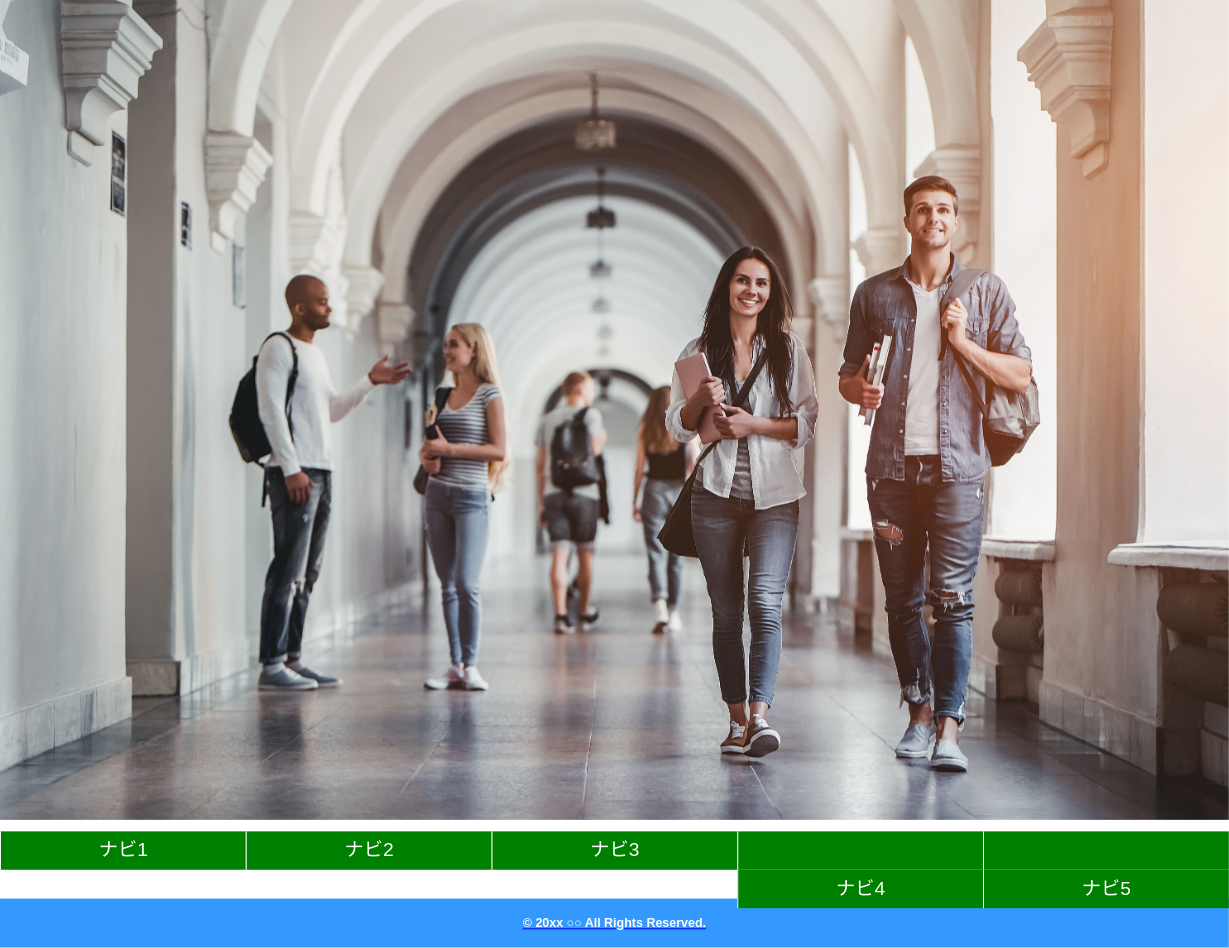
Repository: takahiro5555/samurai_HTML-CSS
Page: home.html
The author's editor kept a record of every edit. The page is drawn from the files as they stood at one moment, then again after the next edit.
The browser window is 1280 px wide. The pictures show the whole page, at 96% of full size.

Above is the page before.

### home.html
<!DOCTYPE html>
<html lang="ja">
<head>
    <meta charset="UTF-8">
    <title>HTML/CSSの学習</title>
    <link rel="stylesheet" href="stylesheet.css">
</head>
<body>
    <div id="header">
        <h1><a href="index.html"><img id="corridor" src="images/corridor.jpg" alt="大学の廊下"/></a></h1>
    </div>
    <div id="wrapper">
        <div id="nav">
            <ul>
                <li><a href="home.html">ナビ1</a></li>
                <li><a href="#">ナビ2</a></li>
                <li><a href="#">ナビ3</li>
                <li><a href="#">ナビ4</li>
                <li><a href="#">ナビ5</li>
            </ul>
        </div>
    </div>
    <div id="footer">
        <p>&copy; 20xx ○○ All Rights Reserved.</p>
    </div>
</body>
</html>

### stylesheet.css
@charset "utf-8";

body {
	margin: 0;
	padding: 0;
	font-family: "ヒラギノ角ゴ Pro W3", "Hiragino Kaku Gothic Pro", "メイリオ", Meiryo, Osaka, "ＭＳ Ｐゴシック", "MS PGothic", sans-serif;
	color: #333;
	font-size: 13px;
	line-height: 150%;
}

/* -------------------- wrapper -------------------- */
#wrapper {
    width: 100%;
    margin: auto;
    padding: 0px;
    border: 0px;
    background-color: #FFF;
    top: 10px;
    position: relative;
}

/* -------------------- header -------------------- */
#header {
 	width: 100%;
 }
 #header h1 {
  	 margin: 0;
	 padding: 0;
 }

 #corridor {
	 width: 100%;
	 height: auto;
 }

 /* -------------------- footer -------------------- */
 #footer {
     clear: both;
     width: 100%;
     padding: 3px 0 3px 0;
     background: #39f;
     color: #fff;
     font-weight: bold;
     text-align: center;
 }

  /* -------------------- nav -------------------- */
  #nav {
      width: 100%;
  }
  #nav ul {
      margin: 0;
      padding: 0;
      list-style-type: none;
  }
  #nav ul li {
      float: left;
      width: 20%;
      text-align: center;
  }
  #nav ul li a {
      display: block;
      height: 20px;
      margin: 0;
      padding: 10px;
      color: #FFF;
      font-size: 20px;
      text-decoration: none;
      background-color: green;
      border-left: 1px solid white;
  }

After the next edit:
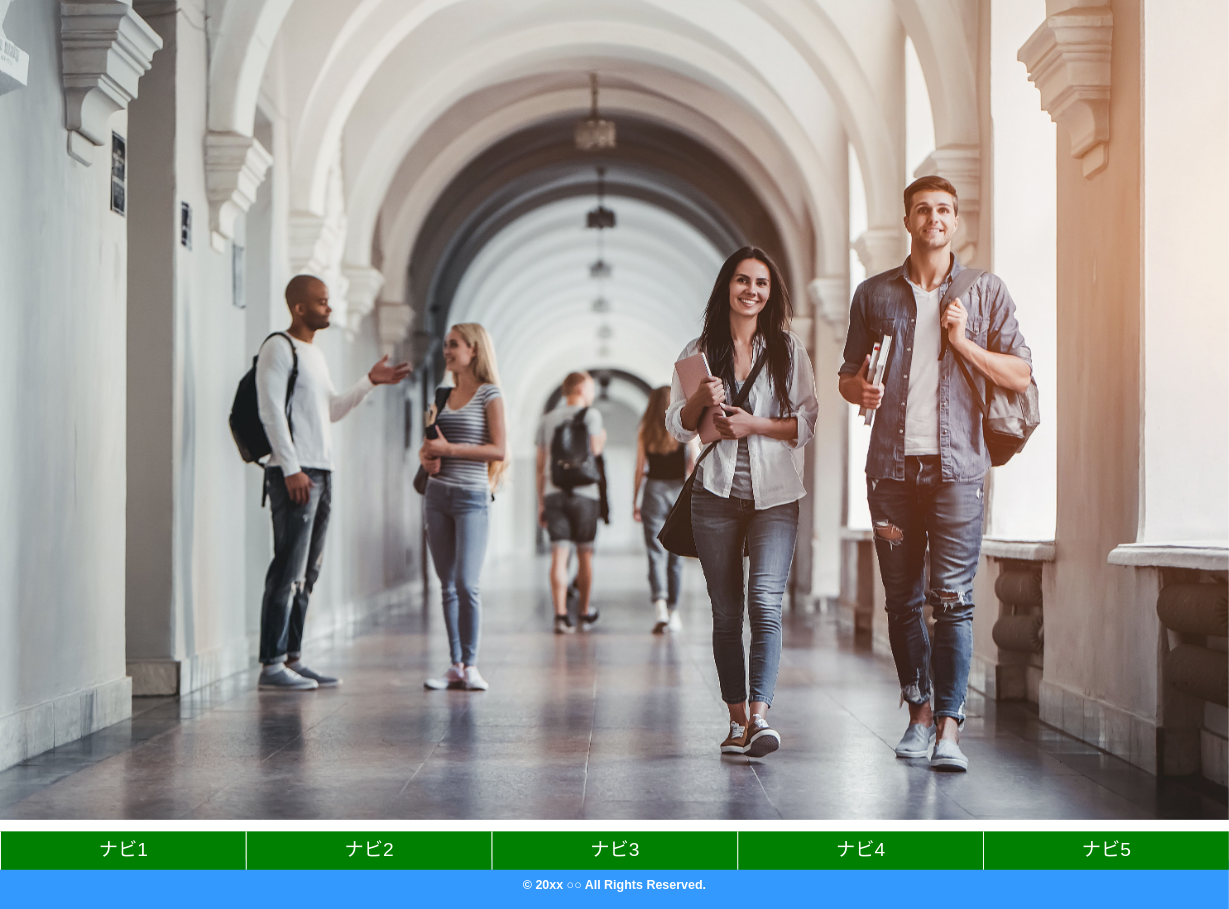
The edit:
--- a/home.html
+++ b/home.html
@@ -1,27 +1,27 @@
 <!DOCTYPE html>
 <html lang="ja">
-<head>
-    <meta charset="UTF-8">
-    <title>HTML/CSSの学習</title>
-    <link rel="stylesheet" href="stylesheet.css">
-</head>
-<body>
-    <div id="header">
-        <h1><a href="index.html"><img id="corridor" src="images/corridor.jpg" alt="大学の廊下"/></a></h1>
-    </div>
-    <div id="wrapper">
-        <div id="nav">
-            <ul>
-                <li><a href="home.html">ナビ1</a></li>
-                <li><a href="#">ナビ2</a></li>
-                <li><a href="#">ナビ3</li>
-                <li><a href="#">ナビ4</li>
-                <li><a href="#">ナビ5</li>
-            </ul>
+    <head>
+        <meta charset="UTF-8">
+        <title>HTML/CSSの学習</title>
+        <link rel="stylesheet" href="stylesheet.css">
+    </head>
+    <body>
+        <div id="header">
+            <h1><a href="index.html"><img id="corridor" src="images/corridor.jpg" alt="大学の廊下" /></a></h1>
         </div>
-    </div>
-    <div id="footer">
-        <p>&copy; 20xx ○○ All Rights Reserved.</p>
-    </div>
-</body>
+        <div id="wrapper">
+            <div id="nav">
+                <ul>
+                    <li><a href="home.html">ナビ1</a></li>
+                    <li><a href="#">ナビ2</a></li>
+                    <li><a href="#">ナビ3</a></li>
+                    <li><a href="#">ナビ4</a></li>
+                    <li><a href="#">ナビ5</a></li>
+                </ul>
+            </div>
+        </div>
+        <div id="footer">
+            <p>&copy; 20xx ○○ All Rights Reserved.</p>
+        </div>
+    </body>
 </html>
